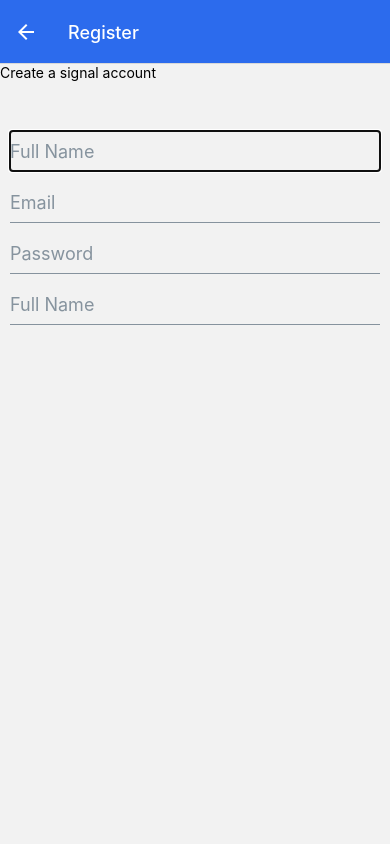
Repository: TheBoringBOT/signal-clone-reactnative-learn
Screen: /Register
The author's editor kept a copy of each file at every save. The screen is drawn from the files as they stood at one save, then again after a run of saves.
The app was drawn by React Native's web renderer in a window 390 px wide. The project was rebuilt for these pictures with package versions that can differ from the ones it lists, and the page was loaded fresh each time.

Above is the screen before, as saved 2022-01-23 19:13:04.

### App.js
import { StatusBar } from "expo-status-bar";
import { StyleSheet, Text, View } from "react-native";
import { NavigationContainer } from "@react-navigation/native";
import { createNativeStackNavigator } from "@react-navigation/native-stack";

//Screen Imports
import LoginScreen from "./screens/LoginScreen";
import RegisterScreen from "./screens/RegisterScreen";

const Stack = createNativeStackNavigator();

const globalScreenOptions = {
  headerStyle: { backgroundColor: "#2c6bed" },
  headTitleStyle: { color: "white" },
  headerTintColor: "white",
};

export default function App() {
  return (
    <NavigationContainer>
      <Stack.Navigator screenOptions={globalScreenOptions}>
        <Stack.Screen name="Login" component={LoginScreen} />
        <Stack.Screen name="Register" component={RegisterScreen} />
      </Stack.Navigator>
    </NavigationContainer>
  );
}

const styles = StyleSheet.create({
  container: {
    flex: 1,
    backgroundColor: "#fff",
    alignItems: "center",
    justifyContent: "center",
  },
});

### screens/LoginScreen.js
import { StyleSheet, Text, View, KeyboardAvoidingView } from "react-native";
import React, { useState } from "react";
import { Button, Input, Image } from "react-native-elements";
import { StatusBar } from "expo-status-bar";

const LoginScreen = ({ navigation }) => {
  const [email, setEmail] = useState("");
  const [password, setPassword] = useState("");

  const signIn = () => {};

  return (
    <KeyboardAvoidingView behavior="padding" style={styles.container}>
      <StatusBar style="light" />
      <Image
        source={{
          uri: "https://blog.mozilla.org/internetcitizen/files/2018/08/signal-logo.png",
        }}
        style={{ width: 200, height: 200 }}
      />

      <View style={styles.inputContainer}>
        <Input
          placeholder="Email"
          autoFocus
          type="email"
          value={email}
          onChangeText={(text) => setEmail(text)}
        />
        <Input
          placeholder="Password"
          type="password"
          secureTextEntry
          value={password}
          onChangeText={(text) => setPassword(text)}
        />
        <Button containerStyle={styles.button} onPress={signIn} title="Login" />
        <Button
          onPress={() => navigation.navigate("Register")}
          containerStyle={styles.button}
          type="outline"
          title="Register"
        />
        <View style={{ height: 100 }} />
      </View>
    </KeyboardAvoidingView>
  );
};

export default LoginScreen;

const styles = StyleSheet.create({
  container: {
    flex: 1,
    alignItems: "center",
    justifyContent: "center",
    padding: 10,
    backgroundColor: "white",
  },
  inputContainer: { width: 300 },
  button: { width: 200, marginTop: 10, margin: "auto" },
});

### screens/RegisterScreen.js
import { StyleSheet, Text, View } from "react-native";
import React, { useState } from "react";
import { KeyboardAvoidingView } from "react-native-web";
import { Button, Input } from "react-native-elements";
import { StatusBar } from "expo-status-bar";

const RegisterScreen = ({ navigation }) => {
  const [name, setName] = useState("");
  const [email, setEmail] = useState("");
  const [password, setPassword] = useState("");
  const [imageUrl, setImageUrl] = useState("");
  return (
    <KeyboardAvoidingView behavior="padding" style={styles.container}>
      <StatusBar style="light" />
      <Text h3 style={{ marginBottom: 50 }}>
        Create a signal account
      </Text>

      <View style={styles.inputContainer}>
        <Input
          placeholder="Full Name"
          autoFocus
          value={name}
          type="text"
          onChangeText={(text) => setName(text)}
        />
        <Input
          placeholder="Email"
          value={email}
          type="email"
          onChangeText={(text) => setEmail(text)}
        />
        <Input
          placeholder="Password"
          value={password}
          type="password"
          onChangeText={(text) => setName(text)}
        />
        <Input
          placeholder="Full Name"
          value={name}
          type="text"
          onChangeText={(text) => setName(text)}
        />
      </View>
    </KeyboardAvoidingView>
  );
};

export default RegisterScreen;

const styles = StyleSheet.create({ container: {}, inputContainer: {} });

After the next 2 saves:
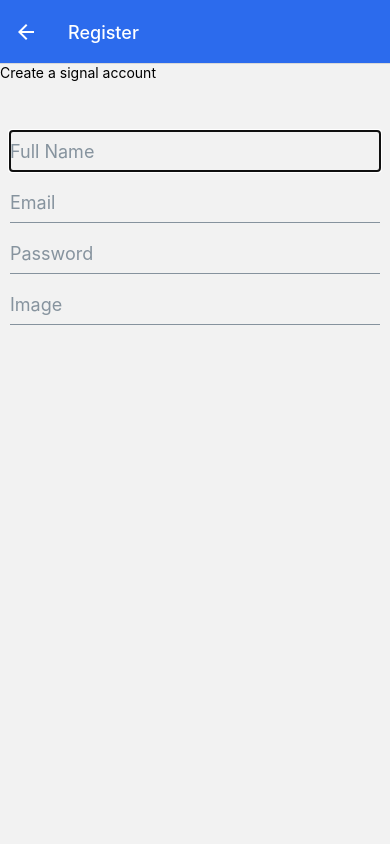
The 2 saves are shown as one change because 1 did not build or start.
The last was saved 24 s later.
--- a/screens/RegisterScreen.js
+++ b/screens/RegisterScreen.js
@@ -37,9 +37,9 @@ const RegisterScreen = ({ navigation }) => {
           onChangeText={(text) => setName(text)}
         />
         <Input
-          placeholder="Full Name"
-          value={name}
-          type="text"
+          placeholder="Image"
+          value={imageUrl}
+          type="file"
           onChangeText={(text) => setName(text)}
         />
       </View>
